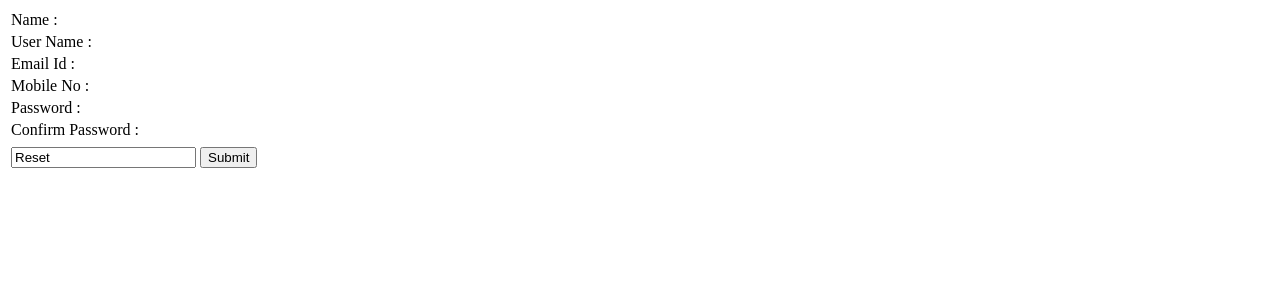
Repository: nosranijuned/WebRegister
Page: WebRegister/WebContent/view/RegistrationPage.html
The author's editor kept a copy of each file at every save. The page is drawn from the files as they stood at one save, then again after the next save.
The browser window is 1280 px wide. The pictures show the whole page.

Above is the page before, as saved 2019-03-12 06:19:06.

After the next save:
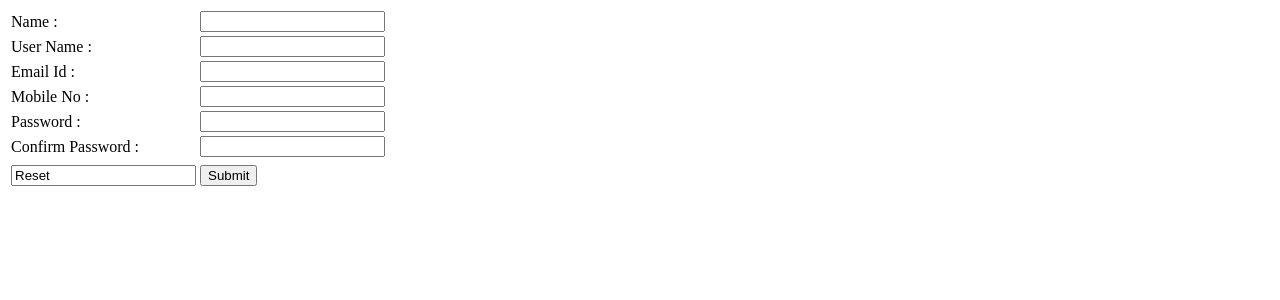
Saved 2 min 6 s later.
--- a/WebRegister/WebContent/view/RegistrationPage.html
+++ b/WebRegister/WebContent/view/RegistrationPage.html
@@ -7,12 +7,12 @@
 <body>
 <form action="">
 	<table>
-		<tr><td>Name : </td><td></td></tr>
-		<tr><td>User Name : </td><td></td></tr>
-		<tr><td>Email Id : </td><td></td></tr>
-		<tr><td>Mobile No : </td><td></td></tr>
-		<tr><td>Password : </td><td></td></tr>
-		<tr><td>Confirm Password :</td><td></td></tr>
+		<tr><td>Name : </td><td><input type="text" name="name"></td></tr>
+		<tr><td>User Name : </td><td><input type="text" name="uname"></td></tr>
+		<tr><td>Email Id : </td><td><input type="email" name="email"></td></tr>
+		<tr><td>Mobile No : </td><td><input type="text" name="mobile"></td></tr>
+		<tr><td>Password : </td><td><input type="password" name="pass"></td></tr>
+		<tr><td>Confirm Password :</td><td><input type="password" name="cpass"></td></tr>
 		<tr><td></td><td></td></tr>
 		<tr><td><input type="text" value="Reset"></td><td><input type="submit" value="Submit"></td></tr>
 	</table>
